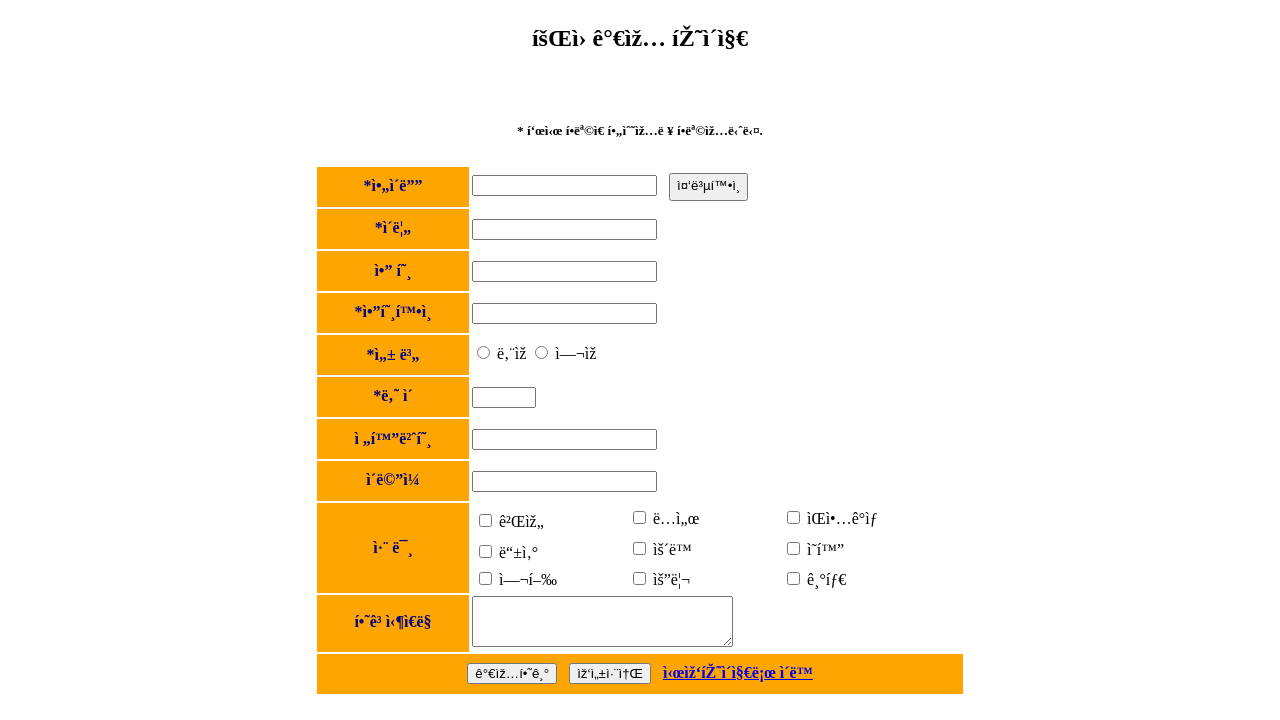
Repository: Yunsunyong/Spring
Page: http://localhost/first/WEB-INF/views/member/enrollPage.jsp
The author's editor kept a copy of each file at every save. The page is drawn from the files as they stood at one save, then again after the next save.
The browser window is 1280 px wide. The pictures show the whole page.
The page is served by Tomcat 9. Nobody is signed in. The template is opened directly, without the code that normally fills it, so the values that code supplies are empty.

Above is the page before, as saved 2019-04-18 07:00:15.

After the next save:
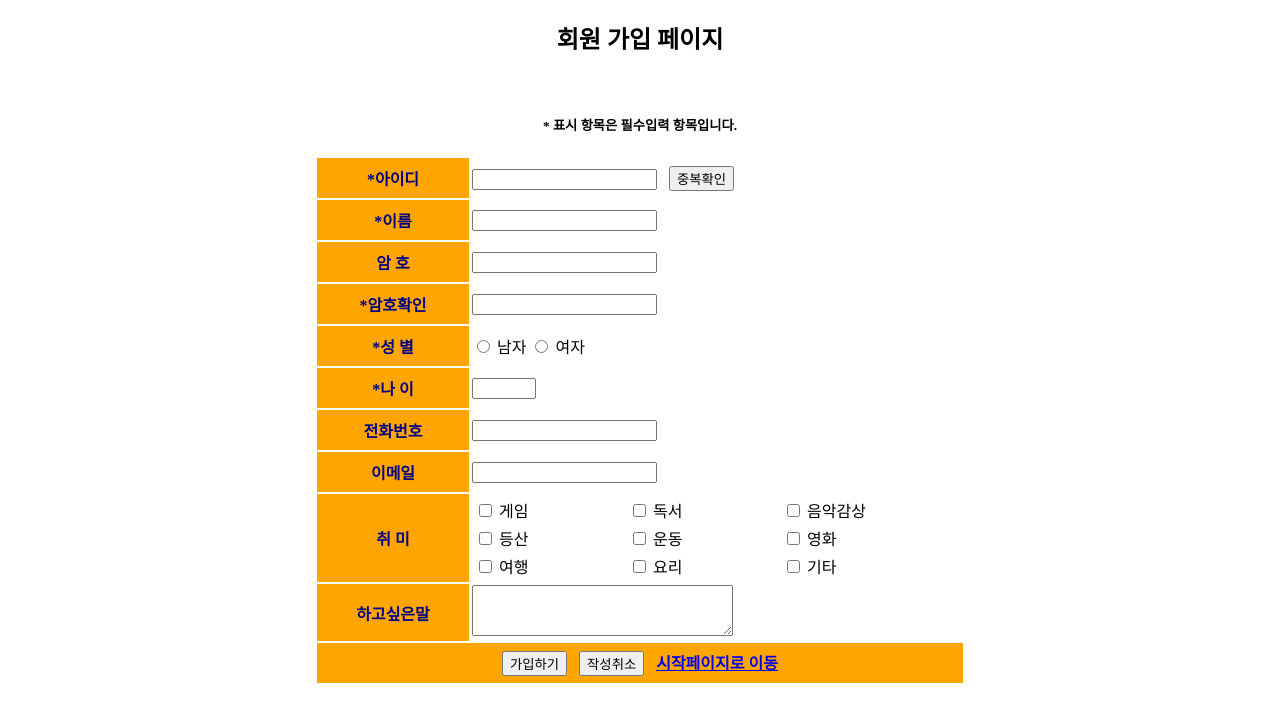
Saved 11 s later.
--- a/190419 Spring ajax까지/framework_workspace/first/src/main/webapp/WEB-INF/views/member/enrollPage.jsp
+++ b/190419 Spring ajax까지/framework_workspace/first/src/main/webapp/WEB-INF/views/member/enrollPage.jsp
@@ -1,3 +1,5 @@
+<%@ page language="java" contentType="text/html; charset=UTF-8"
+    pageEncoding="UTF-8"%>
 <!DOCTYPE html>
 <html>
 <head>
